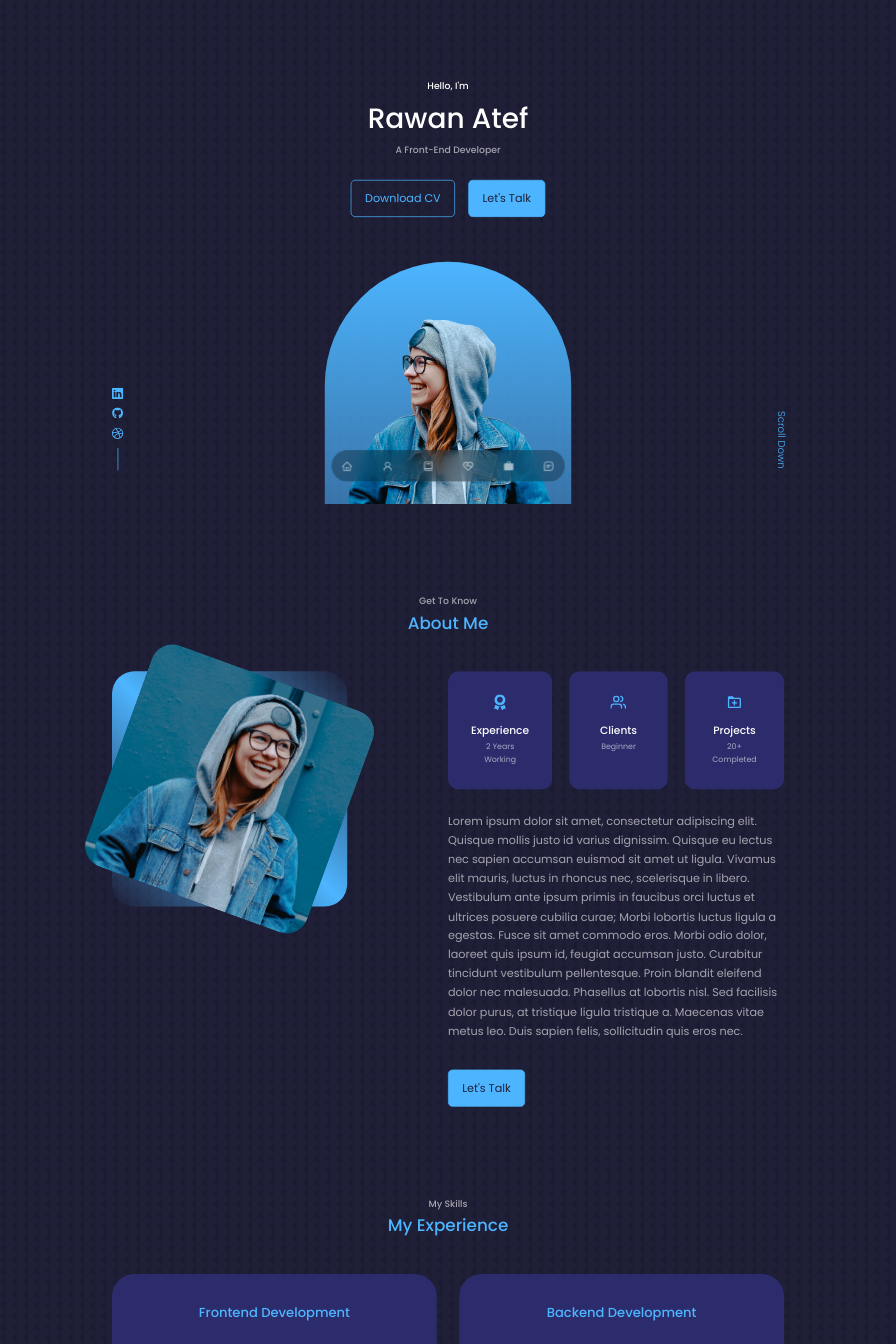
Repository: ro23a/portfolio-website
Page: /
An editor plug-in stored every save of this project. The page is shown before and after the next save, followed by the edit.
The browser window is 1280 px wide. The pictures show the part of the page from y = 0 to 1920 px (the page is 4522 px tall), at 70% of full size.
The project was rebuilt for these pictures with package versions that can differ from the ones it lists, and the page was loaded fresh each time. Imported but missing from the stored project, and not drawn on this page: src/assets/cv.pdf.

Above is the page before, as saved 2022-11-08 16:00:45.

After the next save:
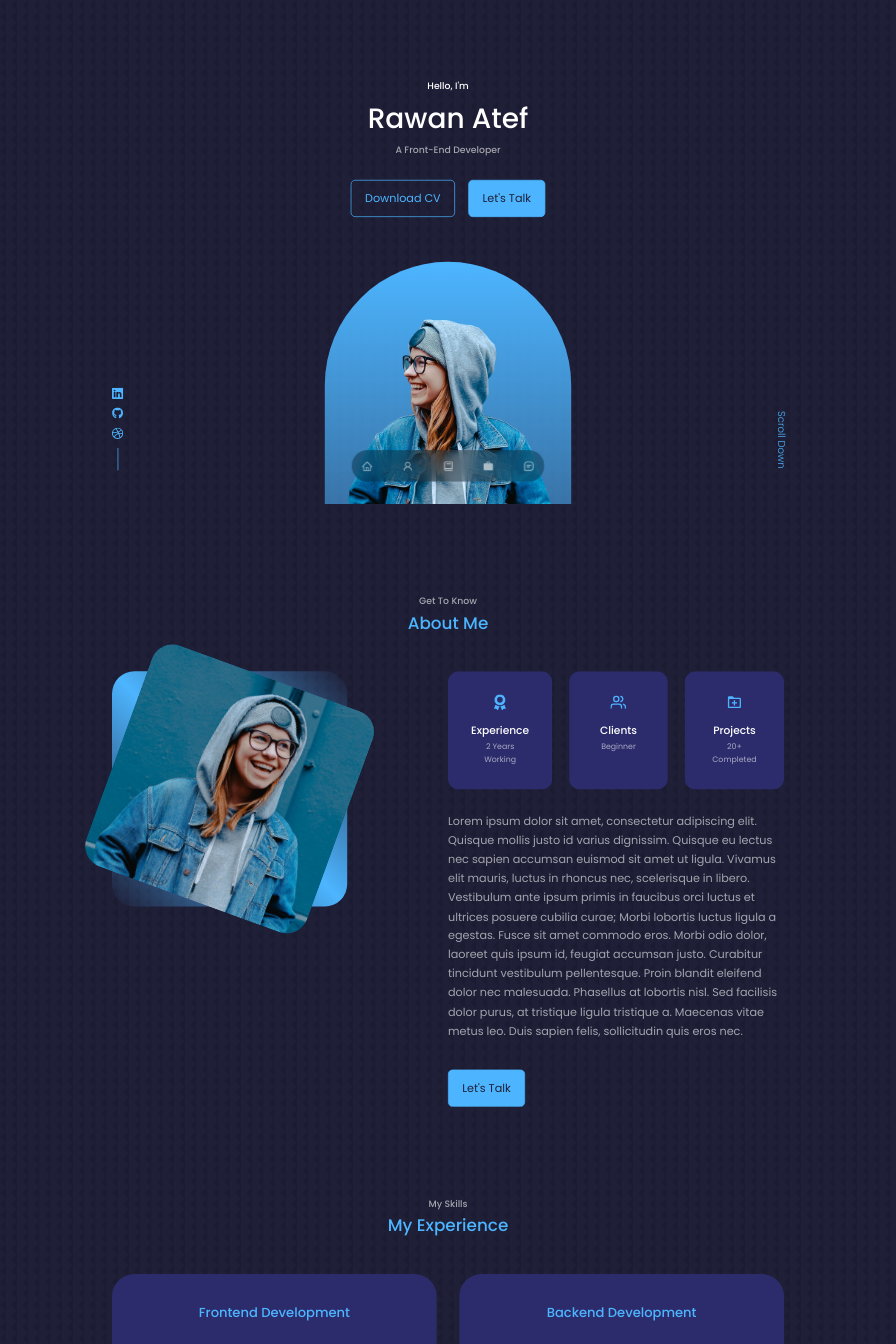
Saved 50 s later.
--- a/src/components/nav/Nav.jsx
+++ b/src/components/nav/Nav.jsx
@@ -3,7 +3,6 @@ import './Nav.css'
 import {AiOutlineHome} from 'react-icons/ai'
 import {AiOutlineUser} from 'react-icons/ai'
 import {BiBook} from 'react-icons/bi'
-import {RiServiceLine} from 'react-icons/ri'
 import {BiMessageSquareDetail} from 'react-icons/bi'
 import {MdWork} from 'react-icons/md'
 import { useState } from 'react'
@@ -15,7 +14,6 @@ const Nav = () => {
       <a href='#' onClick={() => setActiveNav('#')} className={activeNav === '#' ? 'active': ''}><AiOutlineHome /></a>
       <a href='#about' onClick={() => setActiveNav('#about')} className={activeNav === '#about' ? 'active': ''}><AiOutlineUser /></a>
       <a href='#experience' onClick={() => setActiveNav('#experience')} className={activeNav === '#experience' ? 'active': ''}><BiBook /></a>
-      <a href='#services' onClick={() => setActiveNav('#services')} className={activeNav === '#services' ? 'active': ''}><RiServiceLine /></a>
       <a href='#portfolio' onClick={() => setActiveNav('#portfolio')} className={activeNav === '#portfolio' ? 'active': ''}><MdWork /></a>
       <a href='#contact' onClick={() => setActiveNav('#contact')} className={activeNav === '#contact' ? 'active': ''}><BiMessageSquareDetail /></a>
     </nav>
